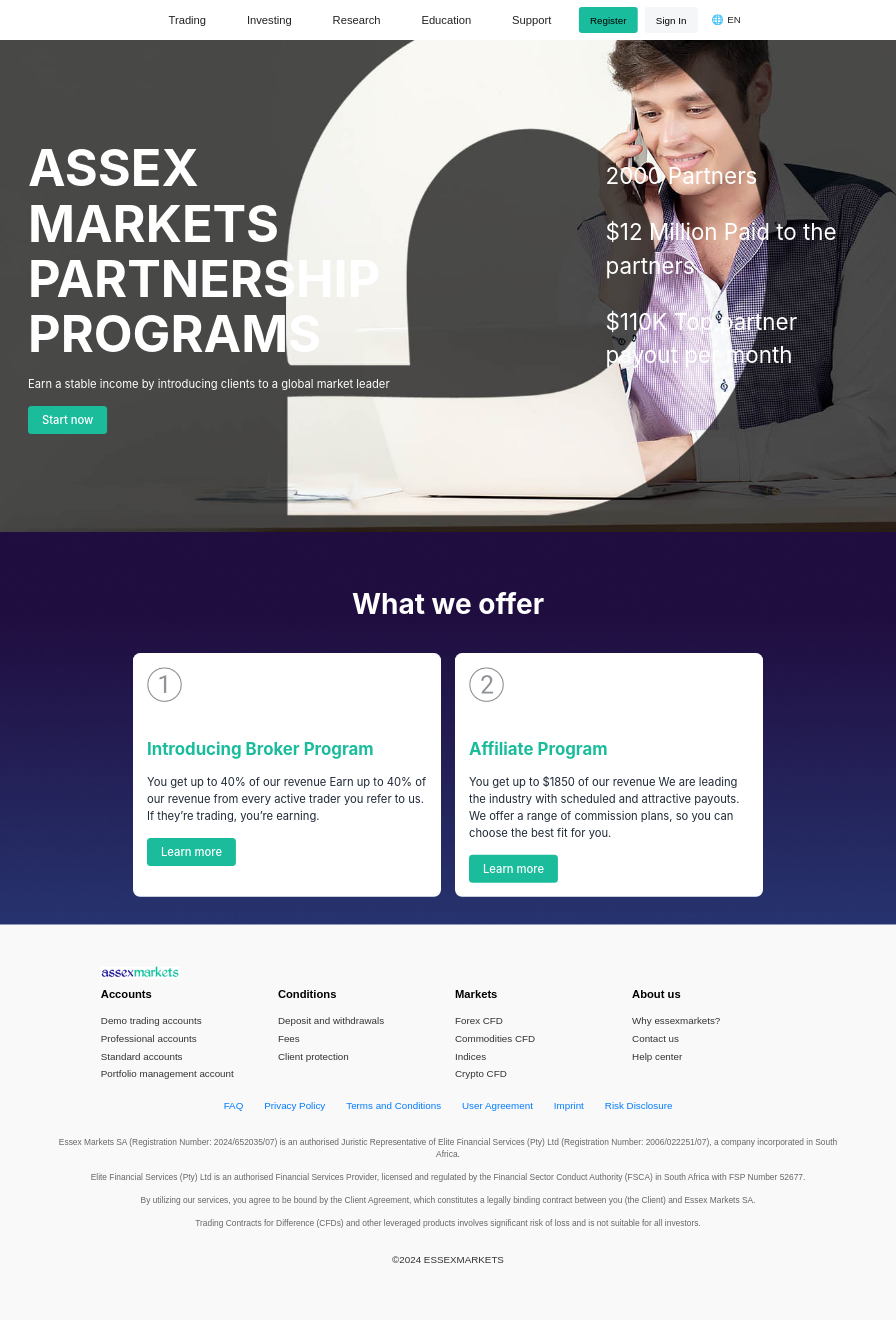
Repository: RevenewMarketing/Assex
Page: /partner
The author's editor kept a copy of each file at every save. The page is drawn from the files as they stood at one save, then again after the next save.
The browser window is 1280 px wide. The pictures show the whole page, at 70% of full size.
The project was rebuilt for these pictures with package versions that can differ from the ones it lists, and the page was loaded fresh each time. Also part of the build but not shown: vite.config.ts, src/pages/home/sections/HeroSection.module.css, src/pages/home/sections/HeroSection.tsx, src/pages/home/sections/Section2.tsx, src/pages/home/sections/Section3.tsx, src/pages/home/sections/Section4.tsx, src/pages/home/sections/Section5.tsx, src/pages/home/sections/Section6.tsx and 10 more.

Above is the page before, as saved 2024-11-28 00:45:55.

After the next save:
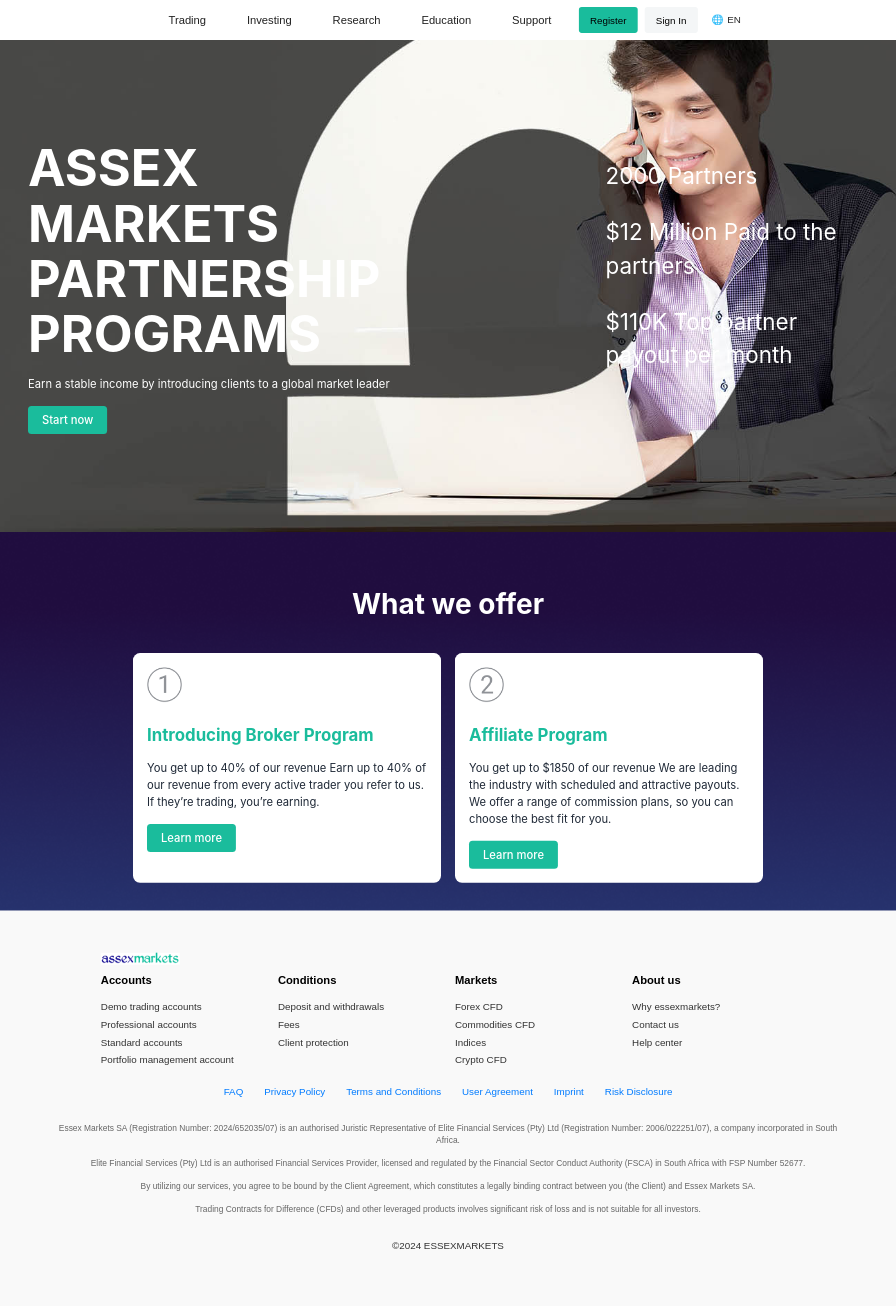
Saved 13 s later.
--- a/src/pages/partner/sections/Section2.module.css
+++ b/src/pages/partner/sections/Section2.module.css
@@ -31,7 +31,7 @@
 
 .cardIcon {
   width: 50px;
-  margin-bottom: 20px;
+  margin: 0px;
   color: #1ABC9C; /* Blue color for the icon */
 }
 
